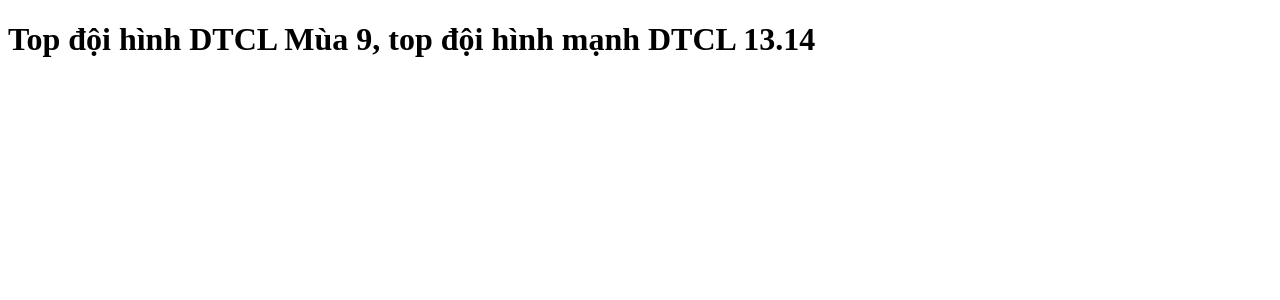
Repository: TUAN-DAT1/hoc-HTML
Page: tuandat17/index.html
The author's editor kept a copy of each file at every save. The page is drawn from the files as they stood at one save, then again after the next save.
The browser window is 1280 px wide. The pictures show the whole page.

Above is the page before, as saved 2023-07-20 03:51:52.

After the next save:
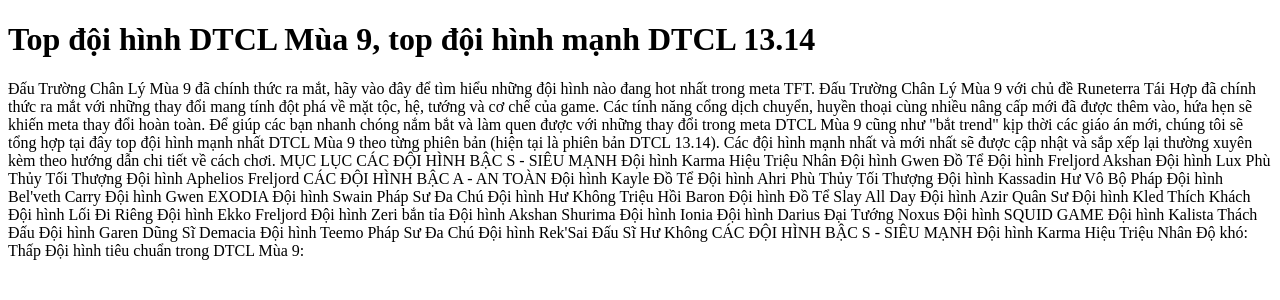
Saved 70 s later.
--- a/tuandat17/index.html
+++ b/tuandat17/index.html
@@ -7,5 +7,49 @@
 
         <body>
             <h1> Top đội hình DTCL Mùa 9, top đội hình mạnh DTCL 13.14</h1>
+            <p>
+
+
+
+                Đấu Trường Chân Lý Mùa 9 đã chính thức ra mắt, hãy vào đây để tìm hiểu những đội hình nào đang hot nhất trong meta TFT.
+
+                Đấu Trường Chân Lý Mùa 9 với chủ đề Runeterra Tái Hợp đã chính thức ra mắt với những thay đổi mang tính đột phá về mặt tộc, hệ, tướng và cơ chế của game. Các tính năng cổng dịch chuyển, huyền thoại cùng nhiều nâng cấp mới đã được thêm vào, hứa hẹn sẽ khiến meta thay đổi hoàn toàn.
+
+                Để giúp các bạn nhanh chóng nắm bắt và làm quen được với những thay đổi trong meta DTCL Mùa 9 cũng như "bắt trend" kịp thời các giáo án mới, chúng tôi sẽ tổng hợp tại đây top đội hình mạnh nhất DTCL Mùa 9 theo từng phiên bản (hiện tại là phiên bản DTCL 13.14). Các đội hình mạnh nhất và mới nhất sẽ được cập nhật và sắp xếp lại thường xuyên kèm theo hướng dẫn chi tiết về cách chơi.
+
+                MỤC LỤC
+                CÁC ĐỘI HÌNH BẬC S - SIÊU MẠNH
+                Đội hình Karma Hiệu Triệu Nhân
+                Đội hình Gwen Đồ Tể
+                Đội hình Freljord Akshan
+                Đội hình Lux Phù Thủy Tối Thượng
+                Đội hình Aphelios Freljord
+                CÁC ĐỘI HÌNH BẬC A - AN TOÀN
+                Đội hình Kayle Đồ Tể
+                Đội hình Ahri Phù Thủy Tối Thượng
+                Đội hình Kassadin Hư Vô Bộ Pháp
+                Đội hình Bel'veth Carry
+                Đội hình Gwen EXODIA
+                Đội hình Swain Pháp Sư Đa Chú
+                Đội hình Hư Không Triệu Hồi Baron
+                Đội hình Đồ Tể Slay All Day
+                Đội hình Azir Quân Sư
+                Đội hình Kled Thích Khách
+                Đội hình Lối Đi Riêng
+                Đội hình Ekko Freljord
+                Đội hình Zeri bắn tỉa
+                Đội hình Akshan Shurima
+                Đội hình Ionia
+                Đội hình Darius Đại Tướng Noxus
+                Đội hình SQUID GAME
+                Đội hình Kalista Thách Đấu
+                Đội hình Garen Dũng Sĩ Demacia
+                Đội hình Teemo Pháp Sư Đa Chú
+                Đội hình Rek'Sai Đấu Sĩ Hư Không
+                CÁC ĐỘI HÌNH BẬC S - SIÊU MẠNH
+                Đội hình Karma Hiệu Triệu Nhân
+                Độ khó: Thấp
+
+                Đội hình tiêu chuẩn trong DTCL Mùa 9:</p>
         </body>
     </html>
